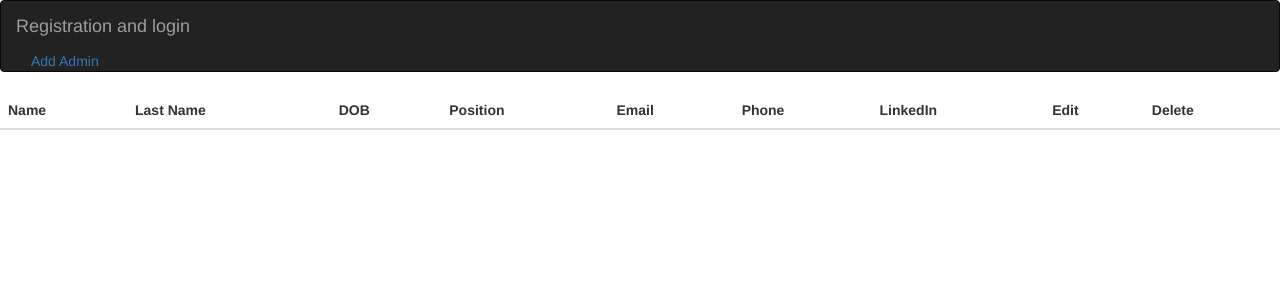
Repository: vinayvinay25794/RegistrationDemo
Page: http://localhost/allRegistrations
The author's editor kept a copy of each file at every save. The page is drawn from the files as they stood at one save, then again after the next save.
The browser window is 1280 px wide. The pictures show the whole page.
The page is this project's Thymeleaf template; nobody is signed in. The template is opened directly, without the code that normally fills it, so the values that code supplies are empty.

Above is the page before, as saved 2021-03-18 06:38:49.

### Hibernate/src/main/resources/templates/allRegistrations.html
<!DOCTYPE html>
<html xmlns:th="http://www.thymeleaf.org">
<head>
<meta charset="ISO-8859-1">
<title>Registration</title>
<link rel="stylesheet" href="https://maxcdn.bootstrapcdn.com/bootstrap/3.3.7/css/bootstrap.min.css" integrity="sha384-BVYiiSIFeK1dGmJRAkycuHAHRg32OmUcww7on3RYdg4Va+PmSTsz/K68vbdEjh4u" crossorigin="anonymous">

</head>
<body>



	<nav class="navbar navbar-inverse">
	  <div class="container-fluid">
	    <div class="navbar-header">
	      <button type="button" class="navbar-toggle " data-toggle="collapse" data-target="#navbar" arira-expanded="false" aria-contriols="navbar">
	        <span class="icon-bar"></span>
	        <span class="icon-bar"></span>
	        <span class="icon-bar"></span>
	      </button>
	      <a class="navbar-brand" href="#" th:href="@{/}">Registration and login</a>
	      <div class="col-md-6 col-md-offset-50">
					<span><a href="/" th:href="@{/registration}">Add Admin</a></span>
				</div>

				<div id="navbar" class="nav navbar-nav navbar-right">
				<ul class="col-md-6 col-md-offset-50">
					<li sec:authorize="isAuthenticated()"><a th:href="@{/logout}">Logout</a></li>
				</ul>
			</div>
	    </div>
	   </div>


	</nav>

	<table class="table table-hover">
    <thead>
        <tr>
            <th> Name </th>
           <th> Last Name </th>
            <th> DOB </th>
            <th> Position </th>
            <th> Email </th>
            <th> Phone </th>
            <th> LinkedIn </th>
            <th> Edit </th>
            <th> Delete </th>
        </tr>
    </thead>
    <tbody>
        <tr th:each="emp : ${allEmps}">
            <td><span th:text="${emp.firstName}"> firstName </span></td>
            <td><span th:text="${emp.lastName}"> lastName </span></td>
            <td><span th:text="${emp.dateOfBirth}"> dateOfBirth </span></td>
            <td><span th:text="${emp.applyingForPosition}"> applyingForPosition </span></td>
            <td><span th:text="${emp.emailId}"> emailId </span></td>
            <td><span th:text="${emp.phone}"> phone </span></td>
            <td><span th:text="${emp.LinkedIn}"> LinkedIn </span></td>
         	<td><a th:href="@{/edit/{id}(id=${emp.id})}">Edit</a></td>
            <td><a th:href="@{/delete/{id}(id=${emp.id})}">Delete</a></td>

        </tr>
    </tbody>
</table>


				<!--  <div>
					<span><a href="/" th:href="@{/registration}">Add Admin</a></span>
				</div>-->
				<!--  <div id="navbar" class="collapse navbar-collapse">
				<ul class="nav navbar-nav">
					<li sec:authorize="isAuthenticated()"><a th:href="@{/logout}">Logout</a></li>
				</ul>
			</div>-->
			<!--  <div id="navbar" class="collapse navbar-collapse">
				<ul class="nav navbar-nav">
					<li sec:authorize="isAuthenticated()"><a th:href="@{/logout}">Logout</a></li>
				</ul>
			</div>-->

</body>
</html>

After the next save:
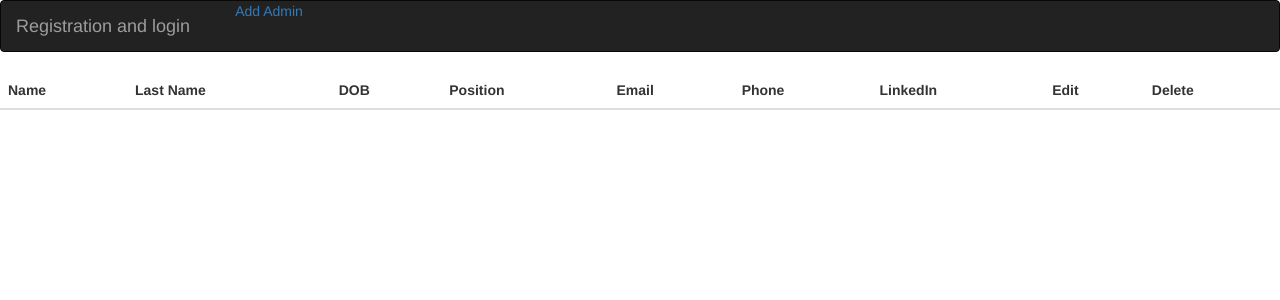
Saved 73 s later.
--- a/Hibernate/src/main/resources/templates/allRegistrations.html
+++ b/Hibernate/src/main/resources/templates/allRegistrations.html
@@ -19,7 +19,7 @@
 	        <span class="icon-bar"></span>
 	      </button>
 	      <a class="navbar-brand" href="#" th:href="@{/}">Registration and login</a>
-	      <div class="col-md-6 col-md-offset-50">
+	      <div class="nav navbar-nav navbar-right">
 					<span><a href="/" th:href="@{/registration}">Add Admin</a></span>
 				</div>
 
